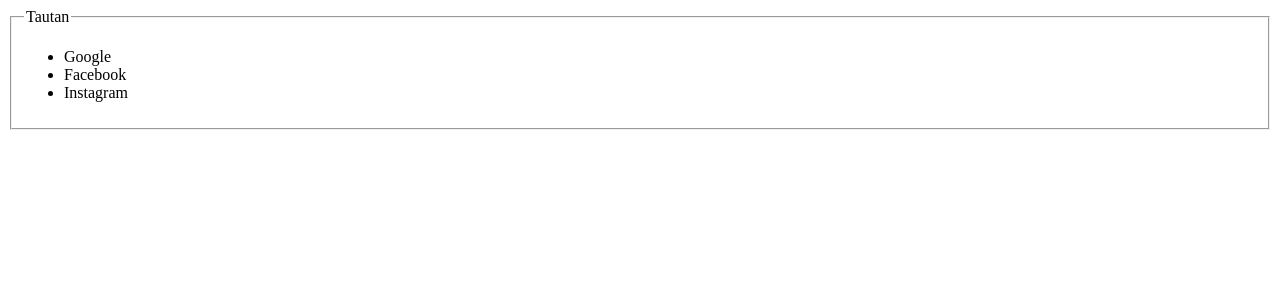
Repository: AHSANS354/tugas-sib5
Page: rightbar.html
An editor plug-in stored every save of this project. The page is shown before and after the next save, followed by the edit.
The browser window is 1280 px wide. The pictures show the whole page.

Above is the page before, as saved 2023-08-28 08:49:10.

After the next save:
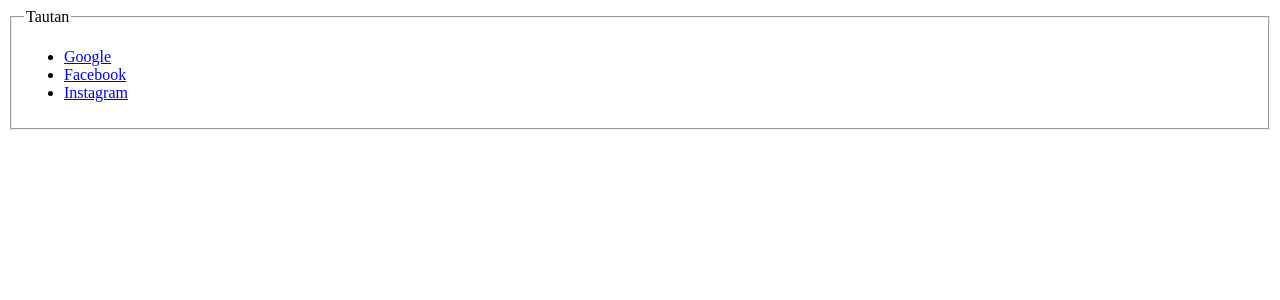
Saved 3 min 25 s later.
--- a/rightbar.html
+++ b/rightbar.html
@@ -2,9 +2,9 @@
   <fieldset>
     <legend>Tautan</legend>
     <ul>
-      <li>Google</li>
-      <li>Facebook</li>
-      <li>Instagram</li>
+      <li><a href="https://google.com" target="_blank">Google</a></li>
+      <li><a href="https://facebook.com">Facebook</a></li>
+      <li><a href="https://instagram.com">Instagram</a></li>
     </ul>
   </fieldset>
 </body>
